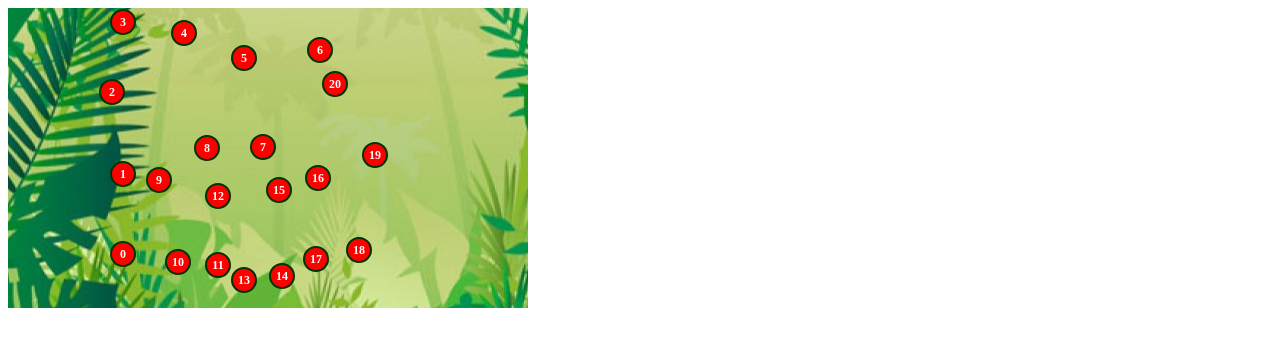
Repository: RathipriyaChandrasekaran/dotlite
Page: ConnectDots/animals.html
The author's editor kept a copy of each file at every save. The page is drawn from the files as they stood at one save, then again after the next save.
The browser window is 1280 px wide. The pictures show the whole page.

Above is the page before, as saved 2014-12-15 03:08:23.

After the next save:
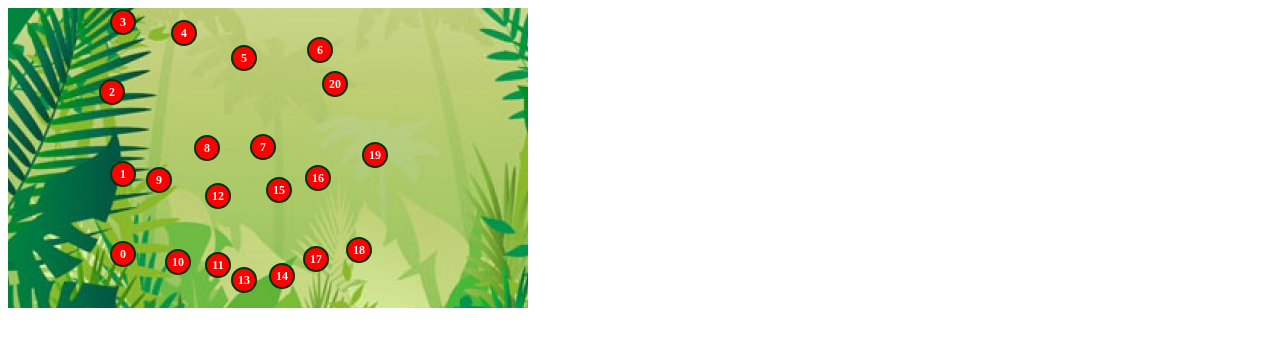
Saved 37 s later.
--- a/ConnectDots/animals.html
+++ b/ConnectDots/animals.html
@@ -30,7 +30,7 @@
              var readyToConnectClr = "yellow";
              var clr = "red";
 
-             var height = 300;
+             var height = 305;
              var width = 520;
 
              context.beginPath();
